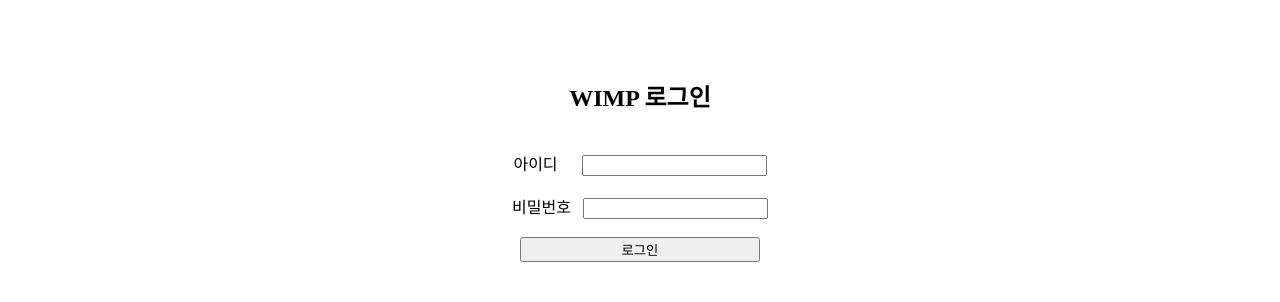
Repository: sonminho/aos
Page: http://localhost/Capston/fcm_test.jsp
The author's editor kept a copy of each file at every save. The page is drawn from the files as they stood at one save, then again after the next save.
The browser window is 1280 px wide. The pictures show the whole page.
The page is served by Tomcat 9.

Above is the page before, as saved 2017-11-19 07:34:07.

After the next save:
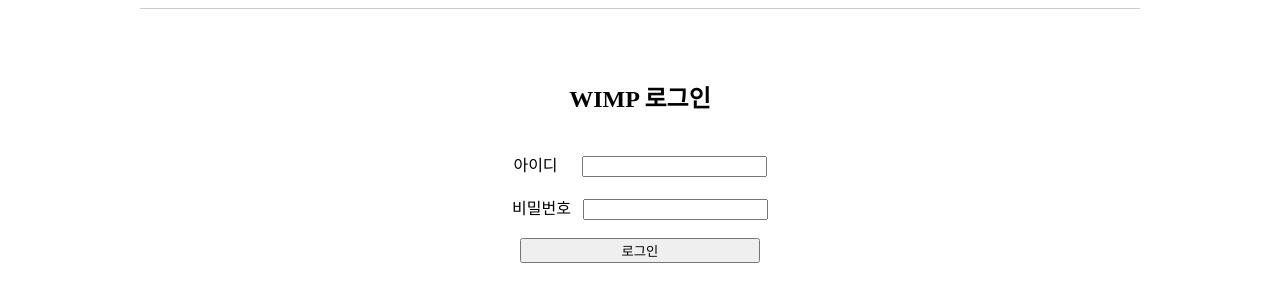
Saved 3 min 9 s later.
--- a/Capston_server/Capston/WebContent/login.jsp
+++ b/Capston_server/Capston/WebContent/login.jsp
@@ -13,6 +13,7 @@
 
 #login{
 	padding:50px;
+	border-top: 1px solid #cccccc;
 }
 </style>
 
